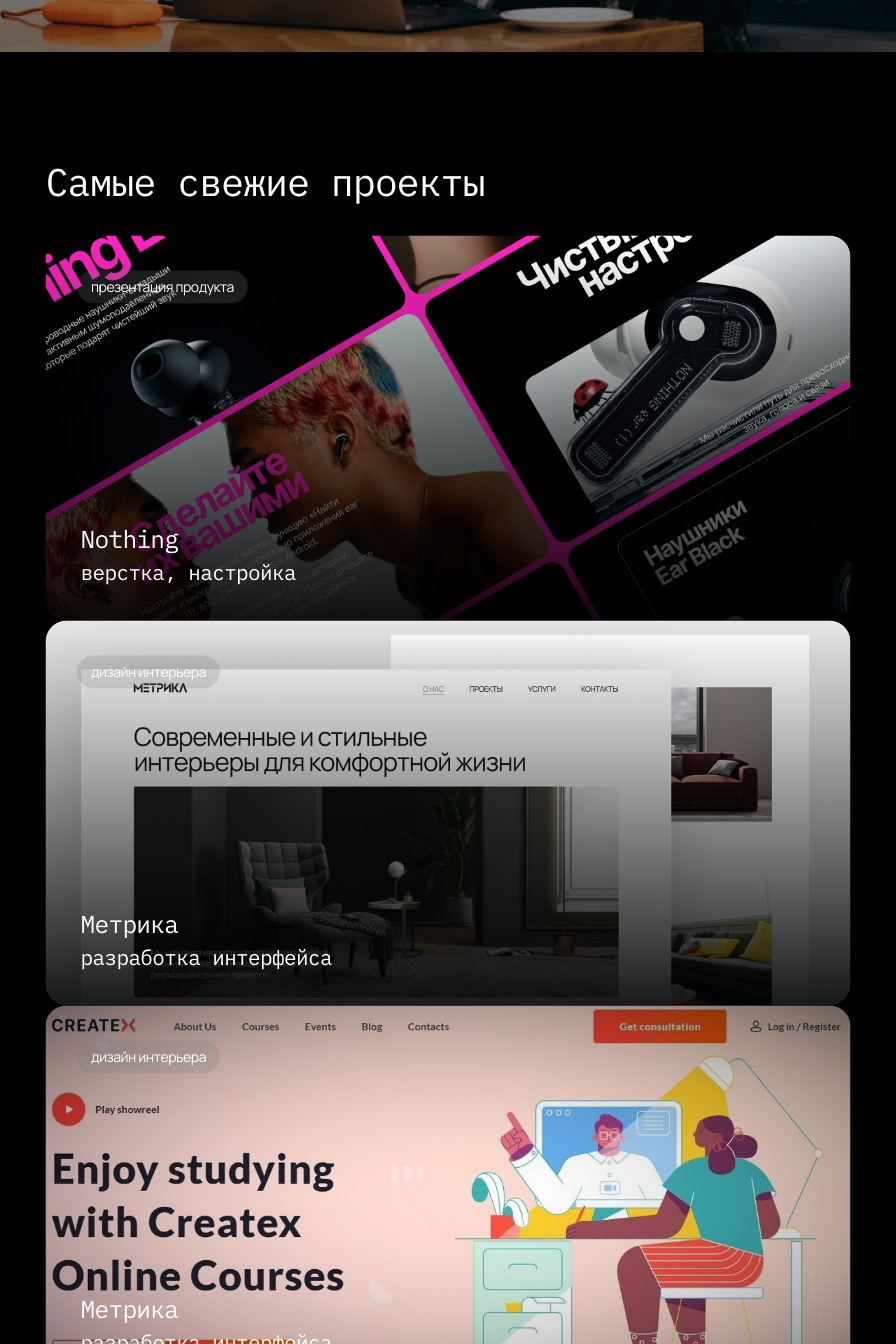
Repository: Huseynov98/portfolio-site
Page: index.html
The author's editor kept a copy of each file at every save. The page is drawn from the files as they stood at one save, then again after a run of saves.
The browser window is 1280 px wide. The pictures show the part of the page from y = 645 to 2565 px (the page is 6927 px tall), at 70% of full size.
A picture or video elsewhere on the page could not be fetched, so the positions and the page height are approximate.

Above is the page before, as saved 2023-06-24 14:39:18.

### index.html
<!DOCTYPE html>
<html lang="en">
  <head>
    <meta charset="UTF-8" />
    <meta http-equiv="X-UA-Compatible" content="IE=edge" />
    <meta name="viewport" content="width=device-width, initial-scale=1.0" />
    <link rel="preconnect" href="https://fonts.googleapis.com" />
    <link rel="preconnect" href="https://fonts.gstatic.com" crossorigin />
    <link
      href="https://fonts.googleapis.com/css2?family=IBM+Plex+Mono:wght@400;700&display=swap"
      rel="stylesheet"
    />
    <link
      href="https://fonts.googleapis.com/css2?family=Manrope&display=swap"
      rel="stylesheet"
    />
    <link rel="stylesheet" href="styles/styles.css" />
    <link rel="stylesheet" href="styles/reset.css" />
    <title>Portfolio</title>
  </head>
  <body>
    <div class="welcome-block">
          <nav class="bloc-nav">
            <div class="box-logo">
              <a class="logo" href="">Huseynov</a>
            </div>
            <div class="box-link">
              <a class="nav-link" href="#portfolio"> Портфолио </a>
              <a class="nav-link" href="#benefits"> Компетенции </a>
              <a class="nav-link" href="#capability"> УСЛУГИ </a>
              <a class="nav-link" href="#connection"> КОНТАКТЫ </a>
            </div>
            <div class="js-burger-btn burger-btn"></div>
          </nav>
        <div class="box-welcom">
        <p class="text-welcom-block">
          Разрабатываю имиджевые сайты для малого и среднего бизнеса, которые
          повышают престиж компании и позволяют выделиться на фоне конкурентов
        </p>
        <h1 class="title-welcom-block">
          Привет, я Рустам — фронтенд разарботчик и дизайнер сайтов
        </h1>
      </div>
    </div>
    <section  class="portfolio-section">
      <h2 id="portfolio" class="title-portfolio">Самые свежие проекты</h2>
      <ul class="box-portfolio">
        <li class="block-portfolio">
          <a href="https://huseynov98.github.io/nothing-ear/" target="_blank">
            <p class="description-portfolio">презентация продукта</p>
          <img class="img-portfolio" src="resources/nothing-ear.png" alt="" />
          <p class="title-block-portfolio">Nothing</p>
          <p class="text-portfolio">верстка, настройка</p>
        </a>
        </li>
        <li class="block-portfolio">
          <a href="https://huseynov98.github.io/metrica/" target="_blank">
            <p class="description-portfolio">дизайн интерьера</p>
          <img class="img-portfolio" src="resources/metrica.png" alt="" />
          <p class="title-block-portfolio">Метрика</p>
          <p class="text-portfolio">разработка интерфейса</p>
        </a>
        </li>
        <li class="block-portfolio">
          <a href="https://huseynov98.github.io/createx/" target="_blank">
            <p class="description-portfolio">дизайн интерьера</p>
          <img class="img-portfolio" src="./resources/createx.jpg" alt="" />
          <p class="title-block-portfolio">Метрика</p>
          <p class="text-portfolio">разработка интерфейса</p>
        </a>
        </li>
      </ul>
      <a href="" class="projects-button">
        <p>Смотреть все проекты</p>
      </a>
    </section>
    <section id="benefits" class="section-benefits">
      <h3 class="heading-benefits">Мои компетенции</h3>
      <ul class="box-benefits">
        <li class="block-benefits">
          <div class="enumeration-benefits">
            <picture>
              <source
                media="(max-width: 1199px)"
                srcset="resources/html-phone.png"
              />
              <img src="resources/html.png" alt="" />
            </picture>
          </div>
          <h4 class="subtitle-benefits">HTML и CSS</h4>
          <p class="text-benefits first-text-benefits">
            это основа фронтенд разработки. Умение создавать и правильно
            структурировать HTML-документы, а также применять стили к этим
            документам на CSS, является обязательным навыком для каждого
            фронтенд разработчика.
          </p>
        </li>
        <li class="block-benefits">
          <div class="enumeration-benefits">
            <picture>
              <source
                media="(max-width: 1199px)"
                srcset="resources/js-phone.png"
              />
              <img src="resources/js.png" alt="" />
            </picture>
          </div>
          <h4 class="subtitle-benefits">JavaScript</h4>
          <p class="text-benefits">
            это язык программирования, который используется для создания
            динамического и интерактивного пользовательского интерфейса. Хороший
            фронтенд разработчик должен быть знаком с основами JavaScript,
            включая работу с DOM-деревом, асинхронными запросами и манипуляцией
            данными на стороне клиента.
          </p>
        </li>
        <li class="block-benefits">
          <div class="enumeration-benefits">
            <picture>
              <source
                media="(max-width: 1199px)"
                srcset="resources/phone-phone.png"
              />
              <img src="resources/phone.png" alt="" />
            </picture>
          </div>
          <h4 class="subtitle-benefits third-subtitle-benefits">
            Работа с библиотеками и фреймворками
          </h4>
          <p class="text-benefits">
            фронтенд разработчики должны быть знакомы с различными библиотеками
            и фреймворками, такими как React, Angular, Vue и другими. Умение
            использовать готовые решения, адаптировать их под нужды проекта и
            расширять их функциональность, является очень важным навыком.
          </p>
        </li>
        <li class="block-benefits">
          <div class="enumeration-benefits">
            <picture>
              <source
                media="(max-width: 1199px)"
                srcset="resources/development-phone.png"
              />
              <img src="resources/development.png" alt="" />
            </picture>
          </div>
          <h4 class="subtitle-benefits subtitle-benefits-last">
            Разработка для мобильных устройств и адаптивная верстка
          </h4>
          <p class="text-benefits">
            фронтенд разработчики должны быть знакомы с различными библиотеками
            и фреймворками, такими как React, Angular, Vue и другими. Умение
            использовать готовые решения, адаптировать их под нужды проекта и
            расширять их функциональность, является очень важным навыком.
          </p>
        </li>
      </ul>
    </section>
      <section class="section-capability">
        <p class="capability-heading">Помогаю реализовать широкий спектр задач</p>

          <div id="capability" class="box-capability">
          <picture>
            <source
                media="(max-width: 767px)"
                srcset="resources/full-construction-phone.png"
              />
              <img
              class="capability-img"
              src="resources/full-construction.png"
              alt=""
            />
          </picture>
          <div class="capability">
            <h5 class="heading-box">Разработка сайта под ключ</h5>
            <p>
              Это создание дизайн веб-сайтов, созданный для удобства пользователя и
              решения бизнес-задач Сайты должны быть понятными и удобными, ведь чем
              понятнее сайт, тем быстрее пользователь совершит целевое действие
            </p>
          </div>
          </div>

        <div class="box-capability">
          <picture>
            <source
                media="(max-width: 767px)"
                srcset="resources/layout-phone.png"
              />
              <img class="capability-img" src="resources/layout.png" alt="" />
          </picture>
          <div class="capability">
            <h5 class="heading-box">Верстка сайтов</h5>
            <p>
              Это процесс создания HTML-документов и применения к ним стилей на CSS.
              Фронтенд разработчик может помочь создать привлекательный и удобный
              интерфейс для вашего сайта
            </p>
          </div>
        </div>

        <div class="box-capability">
          <picture>
            <source
                media="(max-width: 767px)"
                srcset="resources/mobile-interfaces-phone.png"
              />
              <img class="capability-img" src="resources/mobile-interfaces.png" alt="" />
          </picture>
          <div class="capability">
            <h5 class="heading-box">Разработка мобильного интерфейса</h5>
            <p>
              Это процесс создания интерактивных элементов на странице с помощью
              JavaScript. Фронтенд разработчик может помочь создать динамический и
              удобный пользовательский интерфейс для вашего сайта или приложения.
            </p>
          </div>
        </div>
      </section>

    <div id="connection" class="connection">
        <div class="drawing"></div>
      <div class="box-connection">
        <p class="connection-title">Для связи со мной заполните простую форму</p>
        <input class="input-connection" type="text" name="name" placeholder="Имя Фамилия">
        <input class="input-connection" type="email" name="email" placeholder="example@mail.com">
        <button class="btn-connection">Отправить</button>
      </div>
    </div>

     <footer class="footer">
      <div class="footer-box">
        <p class="footer-title">Портфолио фротнтенд-разработчика Кирилла Немчицкого</p>
        <div class="footer-links">
          <a class="footer-connection" href="mailto:cirill77556goos@mail.com"
          >mail</a
        >

        <a class="footer-connection" href="https://t.me/KNemch"
          >telegram</a
        >
        <a
          class="footer-connection"
          href="https://www.instagram.com/kirill_niemczyk/?hl=ru"
          >instagram</a
        >
        </div>
    </div>
      <div class="footer-subtext">
        <p class="footer-text">Все права защищены. 2023</p>
        <p class="footer-text">политика обработки данных</p>
      </div>
    </footer>
    <div class="js-burger burger">
      <div class="js-contact__burger burger__contact">
          <nav class="burger-nav">
            <div class="burger-logo-link">
              <a class="burger-logo">NEMCHITSKY</a>
            </div>
              <a class="burger-nav-link nav-link-active" href="#portfolio">портфолио</a>
              <a class="burger-nav-link " href="#benefits">компетенции</a>
              <a class="burger-nav-link " href="#capability">УСЛУГИ</a>
              <a class="burger-nav-link" href="#connection">КОНТАКТЫ</a>
          </nav>
              <div class="burger-contact-box">
                <p id="contact" class="burger-contact-title">для связи:</p>
                <div class="burger-contact">
                 <div class="burger-link">
                    <a class="burger-connection" href="mailto:cirill77556goos@mail.com"
                    >mail</a
                  >
                  <a class="burger-connection" href="https://t.me/KNemch"
                    >telegram</a
                  >
                  <a
                    class="burger-connection"
                    href="https://www.instagram.com/kirill_niemczyk/?hl=ru"
                    >instagram</a
                  >
                 </div>
                </div>
              </div>
      </div>
    </div>
    <script src="burger.js"></script>
  </body>
</html>

### styles/styles.css
@import "welcom-block.css";
@import "portfolio.css";
@import "benefits.css";
@import "capability.css";
@import "connection.css";
@import "footer.css";
@import "nav.css";
@import "burger.css";

html {
  scroll-behavior: smooth;
}
body {
  background-color: black;
  font-family: "IBM Plex Mono", monospace;
  font-family: "Manrope", sans-serif;
}

### styles/welcom-block.css
.welcome-block {
  width: 100%;
  height: 100vh;
  background-size: 100%;
  margin-top: 0 auto;
  background-image: url("../resources/men.png");
  background-size: 100%;
  background-repeat: no-repeat;
  background-position: 50%;
  background-size: cover;
  display: flex;
  flex-direction: column;
  flex-wrap: nowrap;
  justify-content: space-between;
}
.box-welcom {
  width: 1150px;
  margin: 0 auto;
  display: flex;
  flex-direction: column;
  justify-content: flex-end;
  gap: 29px;
  padding-bottom: 94px;
}
.text-welcom-block {
  width: 430px;
  height: 103px;
  left: 125px;
  top: 334px;

  font-family: "IBM Plex Mono";
  font-style: normal;
  font-weight: 400;
  font-size: 20px;
  line-height: 26px;
  letter-spacing: -0.03em;

  color: #ffffff;
}
.title-welcom-block {
  width: 919px;
  height: 205px;
  font-family: "IBM Plex Mono";
  font-style: normal;
  font-weight: 400;
  font-size: 80px;
  line-height: 70px;
  letter-spacing: -0.03em;

  color: #1bff07;
}
@media (max-width: 1199px) {
  .box-welcom {
    width: 100%;
    padding: 0px 0px 60px 10px;
  }
  .title-welcom-block {
    font-size: 60px;
    line-height: 70px;
    width: 727px;
    height: 205px;
  }
}
@media (max-width: 767px) {
  .welcome-block{
    background-image: url("../resources/men-phone.png");
  }
  .box-welcom {
    padding: 0px 12px 60px 10px;
  }
  .text-welcom-block{
    font-size: 15px;
line-height: 20px;
width: 90%;
  }
  .title-welcom-block {
    font-size: 40px;
    line-height: 47px;
    width: 100%;
    height: auto;
  }
}

### styles/portfolio.css
.portfolio-section {
  width: 1150px;
  margin: 0 auto;
}
.title-portfolio {
  font-family: "IBM Plex Mono";
  font-style: normal;
  font-weight: 400;
  font-size: 55px;
  line-height: 72px;
  margin-top: 150px;
  margin-bottom: 40px;
  /* identical to box height */
  letter-spacing: -0.03em;
  color: #ffffff;
}

.block-portfolio {
  position: relative;
  width: 1150px;
  height: 550px;
  margin: 0 auto;
  border-radius: 30px;
  box-shadow: 200px 0 0 0 rgba(0, 0, 0, 0.3) inset;
}
.img-portfolio {
  position: relative;
  width: 100%;
  height: 100%;
  border-radius: 30px;
  background-repeat: no-repeat;
  object-fit: cover;
  object-position: 50%;
}
.title-block-portfolio {
  position: absolute;
  left: 50px;
  bottom: 94px;
  font-family: "IBM Plex Mono";
  font-style: normal;
  font-weight: 400;
  font-size: 35px;
  line-height: 46px;
  /* identical to box height */

  letter-spacing: -0.03em;

  color: #ffffff;
}
.text-portfolio {
  position: absolute;
  left: 50px;
  bottom: 50px;

  font-family: "IBM Plex Mono";
  font-style: normal;
  font-weight: 400;
  font-size: 30px;
  line-height: 39px;
  /* identical to box height */

  letter-spacing: -0.03em;

  color: #ffffff;
}
.description-portfolio {
  position: absolute;
  width: auto;
  height: auto;
  background: #7779773b;
  border-radius: 100px;
  font-size: 20px;
  line-height: 27px;
  letter-spacing: -0.03em;
  color: #fff;
  top: 50px;
  left: 45px;
  z-index: 100;
  font-family: "Manrope";
  font-style: normal;
  font-weight: 400;
  padding: 10px 20px 10px 20px;
}
.projects-button {
  width: 582px;
  height: 153px;
  margin-top: 80px;
  display: block;
  flex-direction: row;
  background: #1bff07;
  border-radius: 10px;
  text-align: center;
  font-family: "IBM Plex Mono";
  font-style: normal;
  font-weight: 400;
  font-size: 30px;
  line-height: 150px;
  text-decoration: none;
  text-align: center;
  letter-spacing: -0.03em;

  color: #000000;
}
.projects-button:hover {
  background: #000000;
  border: 1px solid #1bff07;
  border-radius: 4.67354px;
  color: #1bff07;
  text-decoration-color: #1bff07;
}
@media (max-width: 1199px) {
  .portfolio-section {
    width: 100%;
    padding: 0 15px 0 15px;
  }
  .block-portfolio {
    width: 100%;
    height: 445px;
  }
  .title-block-portfolio {
    left: 40px;
    bottom: 76px;
    font-size: 28px;
    line-height: 36px;
  }
  .text-portfolio {
    left: 40px;
    bottom: 40px;
    font-size: 24px;
    line-height: 31px;
  }
  .description-portfolio {
    font-size: 16px;
    line-height: 22px;
    padding: 8px 16px 8px 16px;
  }
  .projects-button {
    width: 460px;
    height: 124px;
    margin-top: 64px;
    font-weight: 400;
    font-size: 24px;
    line-height: 124px;
    color: #000000;
  }
}
@media (max-width: 767px) {
  .title-portfolio {
    font-size: 30px;
    line-height: 39px;
    margin-top: 100px;
    margin-bottom: 34px;
  }
  .portfolio-section {
    padding: 0 13px 0 12px;
  }
  .title-block-portfolio {
    left: 35px;
  }
  .text-portfolio {
    left: 35px;
    bottom: 50px;
    font-size: 16px;
    line-height: 21px;
  }
  .description-portfolio {
    font-size: 13px;
    line-height: 18px;
    padding: 6px 19.5px 6px 19.5px;
  }
  .projects-button {
    width: 100%;
    height: 80px;
    margin-top: 60px;
    font-size: 18px;
    line-height: 80px;
    color: #000000;
  }
}

### styles/benefits.css
.section-benefits {
  width: 1150px;
  margin: 0 auto;
}
.heading-benefits {
  font-family: "IBM Plex Mono";
  font-style: normal;
  font-weight: 400;
  font-size: 55px;
  line-height: 72px;
  margin-bottom: 80px;
  margin-top: 150px;
  letter-spacing: -0.03em;

  color: #ffffff;
}
.box-benefits {
  display: flex;
  flex-wrap: wrap;
  justify-content: space-between;
  row-gap: 40px;
}
.block-benefits {
  width: calc(50% - 5px);
  height: auto;
}
.enumeration-benefits {
  display: flex;
  background: #1bff07;
  border-radius: 10px;
  width: 45px;
  height: 44px;
  margin-left: 2px;

  align-items: center;
  justify-content: center;
}
.enumeration-benefits img {
  background-repeat: no-repeat;
  object-fit: cover;
  object-position: 50%;
}
.subtitle-benefits {
  width: auto;
  margin-top: 15px;
  margin-bottom: 16px;
  font-family: "IBM Plex Mono";
  font-style: normal;
  font-weight: 400;
  font-size: 35px;
  line-height: 46px;
  letter-spacing: -0.03em;
  color: #1bff07;
}

.text-benefits {
  width: 100%;
  font-family: "IBM Plex Mono";
  font-style: normal;
  font-weight: 400;
  font-size: 22px;
  line-height: 29px;
  letter-spacing: -0.03em;
  color: #ffffff;
}
.first-text-benefits {
  width: 535px;
}
.third-subtitle-benefits {
  margin-bottom: 54px;
}
@media (max-width: 1199px) {
  .section-benefits {
    width: 100%;
    padding: 0 13px 0 15px;
  }
  .box-benefits {
    row-gap: 36px;
  }
  .heading-benefits {
    font-size: 45px;
    line-height: 58px;
    margin-bottom: 60px;
  }
  .enumeration-benefits {
    background: #1bff07;
    border-radius: 10px;
    width: 36px;
    height: 36px;
    text-align: center;
    margin-left: 2px;
  }
  .subtitle-benefits {
    font-size: 28px;
    line-height: 36px;
    margin-top: 10px;
    margin-bottom: 13px;
  }
  .text-benefits {
    font-size: 18px;
    line-height: 23px;
  }
  .first-text-benefits {
    width: 95%;
  }
  .third-subtitle-benefits {
    margin-bottom: 46px;
  }
}
@media (max-width: 767px) {
  .box-benefits {
    align-content: flex-start;
    flex-direction: column;
    align-items: flex-start;
    gap: 60px;
  }
  .block-benefits {
    width: 100%;
    height: auto;
  }
  .heading-benefits {
    margin-bottom: 60px;
    margin-top: 100px;
  }
  .subtitle-benefits {
    margin-bottom: 15px;
  }
}

### styles/footer.css
.footer {
  width: 100%;
  height: 223px;
  margin: 0 auto;
  background: #ffffff;
  border-radius: 30px 30px 0 0;
}
.footer-box {
  width: 1150px;
  margin: 0 auto;
  display: flex;
  justify-content: space-between;
  padding-top: 76px;
}
.footer-links {
  display: flex;
  gap: 24px;
}
.footer-subtext {
  width: 1150px;
  display: flex;
  margin: 0 auto;
  justify-content: space-between;
  border-radius: 30px 30px 0 0;
}
.footer-title {
  font-family: "Manrope";
  font-style: normal;
  font-weight: 400;
  font-size: 22px;
  line-height: 30px;
  letter-spacing: -0.03em;
  color: #000000;
}

.footer-text {
  font-family: "Manrope";
  font-style: normal;
  font-weight: 400;
  font-size: 20px;
  line-height: 27px;
  letter-spacing: -0.03em;
  margin-top: 66px;
  color: #000000;
  opacity: 0.5;
}
.footer-connection {
  font-family: "Manrope";
  font-style: normal;
  font-weight: 400;
  font-size: 22px;
  line-height: 30px;
  letter-spacing: -0.03em;
  text-decoration: none;
  color: #000000;
}
.footer-connection:hover {
  opacity: 0.5;
}
@media (max-width: 1199px) {
  .footer {
    height: 156px;
  }
  .footer-box {
    width: 100%;
    padding: 51px 40px 0px 40px;
  }
  .footer-links {
    gap: 14px;
  }
  .footer-subtext {
    width: 100%;
    padding: 0px 40px 0px 40px;
  }
  .footer-title {
    font-size: 16px;
    line-height: 22px;
  }
  .footer-text {
    font-size: 14px;
    line-height: 19px;
    margin-top: 43px;
    width: auto;
  }
  .footer-connection {
    font-size: 16px;
    line-height: 22px;
  }
}
@media (max-width: 767px) {
  .footer {
    height: 249px;
  }
  .footer-box {
    flex-direction: column;
    row-gap: 20px;
    padding: 47px 12px 0px 13px;
  }
  .footer-links {
    gap: 13px;
  }
  .footer-subtext {
    padding: 40px 12px 0px 13px;
    flex-direction: column;
    row-gap: 12px;
  }
  .footer-title {
    font-size: 15px;
    line-height: 20px;
  }
  .footer-text {
    font-size: 13px;
    line-height: 18px;
    margin-top: 0px;
    width: auto;
  }
  .footer-connection {
    font-size: 13px;
    line-height: 18px;
  }
}

### styles/nav.css
.bloc-nav{
  margin-top: 100px;
    width: 1150px;
    margin: 0 auto;
    display: flex;
    justify-content: space-between;
    align-items: center;
    padding-top: 36px;
  }
  .box-logo{
    background: #000000;
    border-radius: 100px;
    padding: 5px 15px 5px 15px;
    text-align: center;
  }
  .logo {
    text-decoration: none;
    font-family: "IBM Plex Mono";
    font-style: normal;
    font-weight: 700;
    font-size: 42.4138px;
    line-height: 36px;
    letter-spacing: -0.11em;
    text-transform: uppercase;
    color: #1bff07;
  }
  .box-link{
    display: flex;
    align-items: center;
    gap: 50px;
  }
  .nav-link {
    display: inline-block;
    font-family: "IBM Plex Mono";
    font-style: normal;
    font-weight: 400;
    font-size: 18px;
    line-height: 23px;
    letter-spacing: -0.03em;
    text-transform: lowercase;
    text-decoration: none;
    color: #ffffff;
  }
  .nav-link:hover {
    color: #1bff07;
  }

  @media (max-width: 1199px) {
    .bloc-nav{
      width: 100%;
      padding: 38px 16px 30px 13px;
    }
    .burger-btn{
      display: block;
    }
    .box-link{
      display: none;
    }
  }
  @media (max-width: 767px) {
    .box-logo{
      padding: 5px 15px 5px 15px;
    }
    .logo{
      font-size: 36px;
    }
  }

Loaded but not shown: styles/reset.css (common file); burger.js (24 lines, source omitted); styles/connection.css (153 lines, source omitted); styles/burger.css (128 lines, source omitted); styles/capability.css (131 lines, source omitted)

After the next 2 saves:
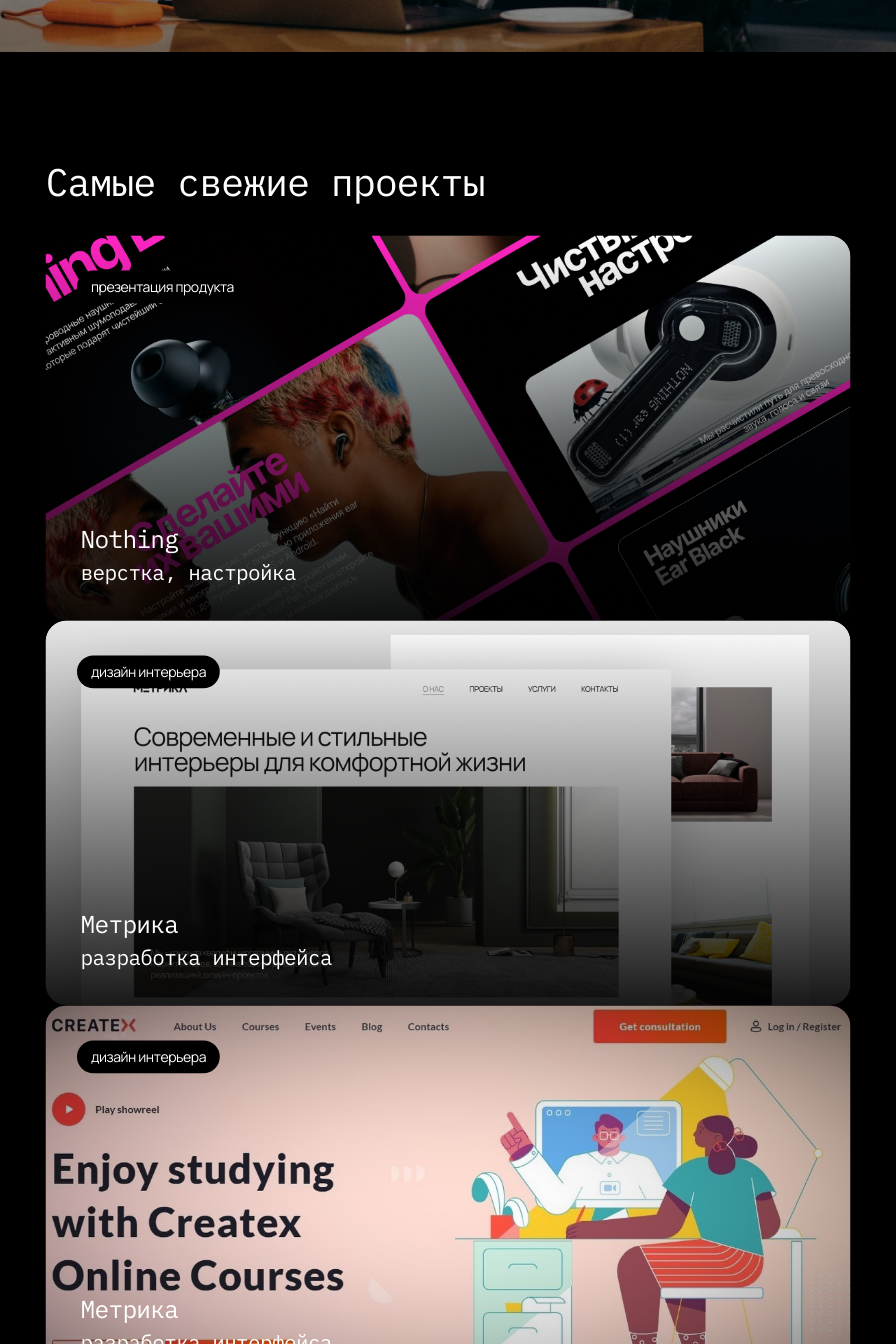
The 2 saves are shown as one change because they came seconds apart.
The last was saved 38 s later.
--- a/styles/portfolio.css
+++ b/styles/portfolio.css
@@ -67,7 +67,7 @@
   position: absolute;
   width: auto;
   height: auto;
-  background: #7779773b;
+  background: #000;
   border-radius: 100px;
   font-size: 20px;
   line-height: 27px;
